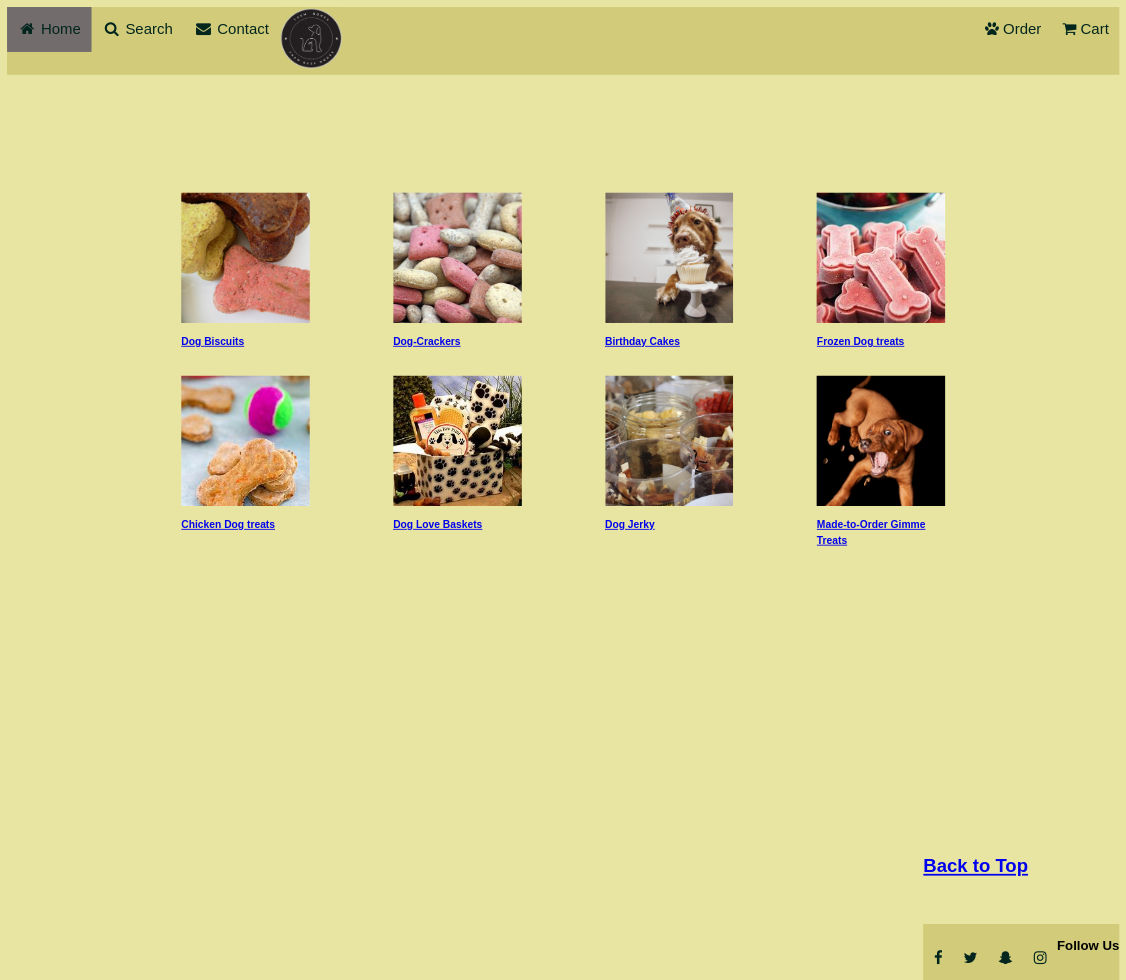
Repository: vgoins-RA2022/HTML-1
Page: index.html
These files come from the project's save history. The page is drawn as it stood at one moment and after a run of saves; the edit follows.
The browser window is 1280 px wide. The pictures show the whole page, at 88% of full size.

Above is the page before, as saved 2023-01-21 18:56:34.

### index.html
<!DOCTYPE html>
<html lang="en">

<head>
  <meta charset="UTF-8">
  <meta name="viewport" content="width=device-width, initial-scale=1">
  <link rel="stylesheet" href="https://cdnjs.cloudflare.com/ajax/libs/font-awesome/4.7.0/css/font-awesome.min.css">
  <link rel="stylesheet" href="../HTML-1/src/css/Style.css" type="text/css">
  <title>Simple HTML Assignment 1</title>
</head>

<header>
    <!-- setup top navigator bar. position logo, home and contact navators on the left-->
    <div class="navbar" float: left>
      <img src="src/img/them-bones-logo.png" alt="them-bones-logo" class="logo" >
      <a class="active" href="#"><i class="fa fa-fw fa-home"></i> Home</a>
      <a href="#"><i class="fa fa-fw fa-search"></i> Search</a>
      <a href="#"><i class="fa fa-fw fa-envelope"></i> Contact</a>
      <!-- position order and cart navigators on the right -->
    <div class="right"><a href="#"><i class="fa fa-paw" aria-hidden="true"></i> Order</a>
    <div class="right"><a href="#"><i class="fa fa-shopping-cart" aria-hidden="true"></i> Cart</a>
    </div>
  </header>

<body>
  <div class="container">
     <!-- set of store gallery of self-contained items enclosed in the figure tags  -->
    <div class="gallery">

      <figure class="gallery__item gallery__item--1">
            <img src="src/img/animal-dog- biscuits.jpg" alt="animal-dog-biscuits" class="gallery__img" >
              <h3 class= image-text>
                <h3><a href="#">Dog Biscuits</a></h3>
              </h3>
        </figure>
        <figure class="gallery__item gallery__item--2">
            <img src="src/img/animal-dog- crackers.jpg" alt="animal-dog-crackers" class="gallery__img">
                <h3 class= image-text>
                  <h3><a href="#">Dog-Crackers</a></h3>
                </h3>

        </figure>
        <figure class="gallery__item gallery__item--3">
            <img src="src/img/dog-happy-birthday.jpg" alt="dog-happy-birthday" class="gallery__img">
              <h3 class= image-text></h3>
                <h3><a href="#">Birthday Cakes</a></h3>
               </h3>
        </figure>
        <figure class="gallery__item gallery__item--4">
            <img src="src/img/frozen-dog-treats.jpg" alt="frozen-dog-treats" class="gallery__img">
              <h3 class= image-text>
                 <h3><a href="#">Frozen Dog treats</a></h3>
              </h3>
        </figure>
        <figure class="gallery__item gallery__item--5">
            <img src="src/img/chicken-dog-treat.jpg" alt="chicken-dog-treats" class="gallery__img">
              <h3 class= image-text>
                <h3><a href="#">Chicken Dog treats</a></h3>
              </h3>
        </figure>
        <figure class="gallery__item gallery__item--6">
            <img src="src/img/doggy-love-basket.jpg" alt="doggy-love-basket" class="gallery__img">
            <h3 class= image-text>
            <h3><a href="#">Dog Love Baskets</a></h3>
            </h3>
        </figure>
        <figure class="gallery__item gallery__item--7">
            <img src="src/img/Dog-jerkey.png" alt="dog-jerky" class="gallery__img">
            <h3 class= image-text>
              <a href="#">Dog Jerky</a></h3>
            </h3>
        </figure>
        <figure class="gallery__item gallery__item--8">
          <img src="src/img/gimme-dog treats.jpg" alt="gimme-dog-treats" class="gallery__img">
          <h3 class= image-text>
            <a href="#">Made-to-Order Gimme Treats</a>
          </h3>
        </figure>

      </div>
  </div>

  <a href="#" class="button">
    <div class="right"><span class="label"><h3>Back to Top</h3></span>
  </a>
</body>

<footer>
  <!-- <div> id="footer"</div>  footer id attribute -->

  <!-- setup navigator bar in the footer of copywright and social media icons -->

    <div class="navbar" float: left>
    <!-- <div class="left"> -->
      <h2>Follow Us
      <a href="#"><i class="fa fa-facebook"></i> </a>
      <a href="#"><i class="fa fa-twitter"></i> </a>
      <a href="#"><i class="fa fa-snapchat-ghost"></i> </a>
      <a href="#"><i class="fa fa-instagram"></i> </a>
      </h2>
    </div>

  </footer>
</html>

### src/css/Style.css

/* align navigation bar items */
.left-menu {
  grid-column: 1;
}
.right-menu {
  grid-column: -1;
}
/* format logo position, width and height */
.logo {
  grid-column: 3;
  grid-area: logo;
  place-self: center;
  width: 10vh;
  height: 10vh;
  justify-self: center;
  background-color:#d2cc7a;
}

/* style the navigation bar */
.navbar a {
float: left;
padding-top: 70px;
padding: 12px;
color: #02261d;
text-decoration: none;
font-size: 17px;
}
/* set the size of the images */
img {
  width: 400px;
  height: 80px;
}
/* change color of navigation item when cursor hovers */
.navbar a:hover {
background-color: #8e8c8c;
}
.active {
background-color: #736c6c;
}
.left {
  float: left;
}

.right {
  float: right;
 }

.navbar a {
    float: left;
    display: block;
}

.navbar {
    width: 100%;
    background-color: #d2cc7a;
    overflow: auto;
}

.logo img {
    display: inline-block;
    vertical-align: top;
    width: 50px;
    height: 50px;
    margin-right: 20px;
    margin-top: 15px;
}



html {
  box-sizing: border-box;
  font-size: 62.5%;
}

body {
  font-family: "Nunito", sans-serif;
  background-color: rgba(216, 212, 98, 0.585);
  font-weight: 300;
  line-height: 1.6;
}

.container {
  width: 75%;
  margin: 2rem auto;
}

.gallery {
  display: grid;
  grid-template-columns: repeat(8, 1fr);
  grid-template-rows: repeat(8, 5vw);
  grid-gap: 1.5rem;
  row-gap: 40px;
}

.gallery__img {
  width: 100%;
  height: 100%;
  object-fit: cover;
  display: block;
}

.image-txt {
  margin: 3%;
  position: absolute;
  top: 20px;
  left: 50px;
}
/* set length and position of store gallery items */
.gallery__item--1 {
  grid-column: 1 / span 2;
  grid-row: 2 / span 2;
}
.gallery__item--2 {
  grid-column: 3 / span 2;
  grid-row: 2 / span 2;
}
.gallery__item--3 {
  grid-column: 5 / span 2;
  grid-row: 2 / span 2;
}
.gallery__item--4 {
  grid-column: 7 / span 2;
  grid-row: 2 / span 2;
}
.gallery__item--5 {
  grid-column: 1 / span 2;
  grid-row: 4 / span 2;
}
.gallery__item--6 {
  grid-column: 3 / span 2;
  grid-row: 4 / span 2;
}
.gallery__item--7 {
  grid-column: 5 / span 2;
  grid-row: 4 / span 2;
}
.gallery__item--8 {
  grid-column: 7 / span 2;
  grid-row: 4 / span 2;
}
/* Style the button */
.button {
  outline: none;
  padding: 10px 16px;

  cursor: pointer;
  font-size: 18px;
}


.button:hover {
  background-color: #ddd;
}

.button.active {
  background-color: #666;
  color: white;
}

.footer {
  background: #061D25;
  padding: 10px 0;
}
.footer a {
  color: #70726F;
  font-size: 20px;
  padding: 10px;
  border-right: 1px solid #70726F;
  transition: all .5s ease;
}
.flex-container {
  display: flex;
  background: #d2cc7a;
}

.copyright{
  text-align: center;
  padding-top: 24px;
  font-weight: 500;
  opacity: 0.8;
  font-size: 16px;
}
@media (max-width: 767px) {

    .h6{
      margin: 0 auto;
      text-align: center;
      margin-top: 10px;
      margin-bottom: 10px;
    }
    .ul{
      text-align: center;
    }
    .social{
        width: 100%;
        margin: 0 auto;
        text-align: center;
        padding: 40px;
        padding-bottom: 0px;
        border-top: 1px solid #eee;
        margin-top: 50px;
    }

  }

After the next 2 saves:
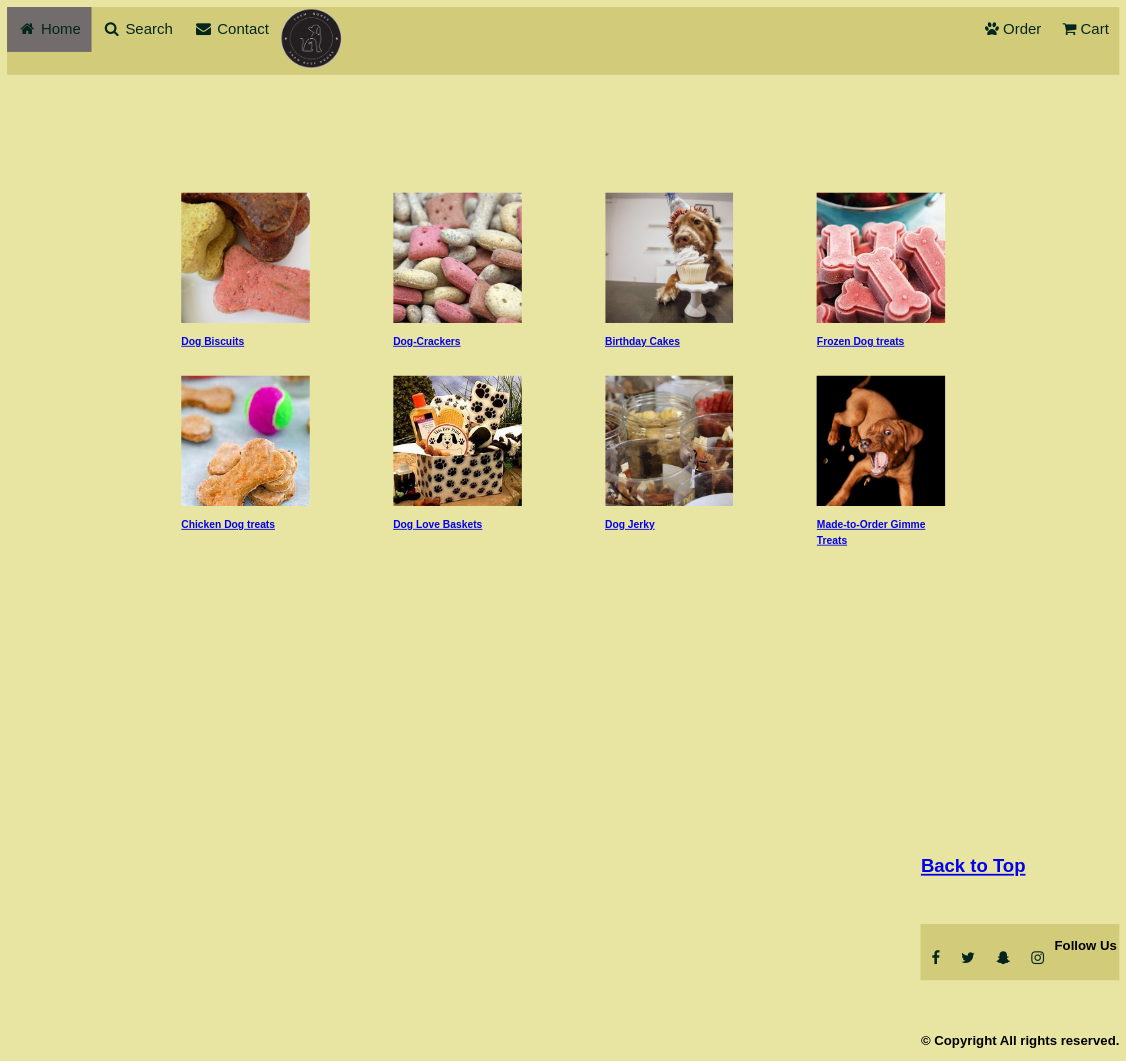
The 2 saves are shown as one change because they came seconds apart.
The last was saved 16 s later.
--- a/index.html
+++ b/index.html
@@ -99,6 +99,10 @@
       <a href="#"><i class="fa fa-instagram"></i> </a>
       </h2>
     </div>
+    <div class="right">
+      <div id="footer">
+        <p class="copyright"> <h2>&copy; Copyright All rights reserved.</h2> </p>
+      </div>
 
   </footer>
 </html>
